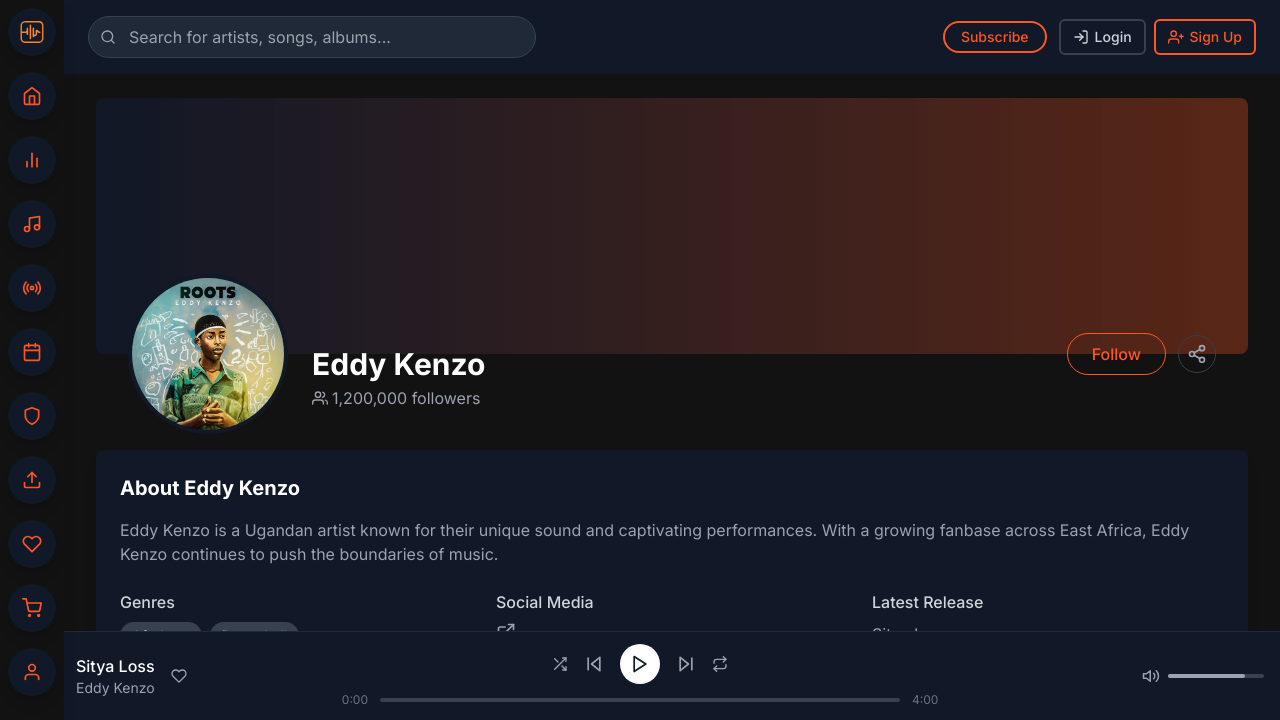
Repository: kaizoku010/sauti-box
Page: /artists/1
An editor plug-in stored every save of this project. The page is shown before and after the next save, followed by the edit.
The browser window is 1280 px wide. The pictures show the whole page.
An inner scrolling area shows only its first screen. The project was rebuilt for these pictures with package versions that can differ from the ones it lists, and the page was loaded fresh each time. The framework's server and built-in components were replaced by stand-ins that run in the browser. Also part of the build but not shown: next.config.mjs, next.config.ts, src/components/PaymentModal.tsx.

Above is the page before, as saved 2025-04-20 20:28:04.

After the next save:
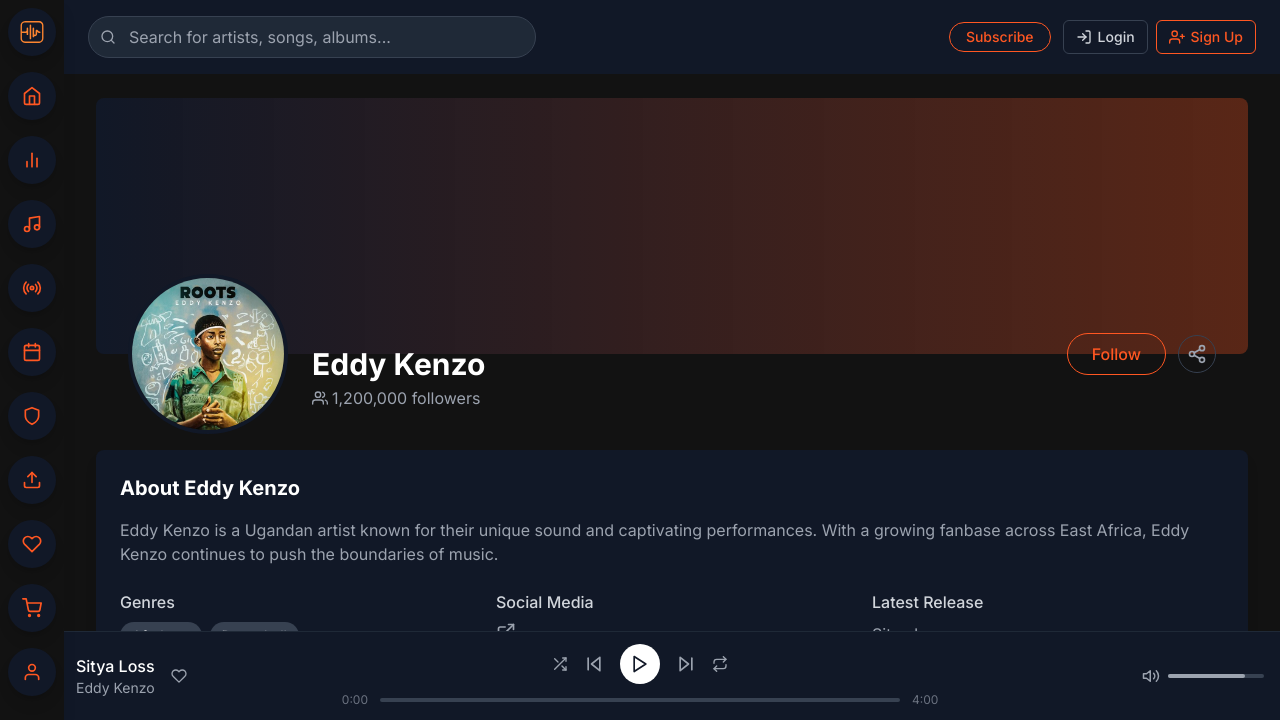
Saved 21 s later.
--- a/src/components/Header.tsx
+++ b/src/components/Header.tsx
@@ -22,7 +22,7 @@
       </div>
 
       <div className="flex items-center space-x-3">
-        <Link href="/subscribe" className="px-4 py-1 border-2 border-primary text-primary rounded-full text-sm font-medium hidden sm:block hover:bg-primary/10">
+        <Link href="/subscribe" className="px-4 py-1 border border-primary text-primary rounded-full text-sm font-medium hidden sm:block hover:bg-primary/10">
           Subscribe
         </Link>
 
@@ -31,7 +31,7 @@
             <Link href="/cart" className="relative p-2 rounded-full hover:bg-gray-700">
               <FiShoppingCart size={20} />
               {cartCount > 0 && (
-                <span className="absolute -top-1 -right-1 w-5 h-5 border-2 border-primary text-primary rounded-full text-xs flex items-center justify-center">
+                <span className="absolute -top-1 -right-1 w-5 h-5 border border-primary text-primary rounded-full text-xs flex items-center justify-center">
                   {cartCount}
                 </span>
               )}
@@ -52,7 +52,7 @@
         ) : (
           <div className="flex items-center space-x-2">
             <div className="dropdown dropdown-end">
-              <button className="px-3 py-1.5 border-2 border-gray-700 text-gray-300 hover:border-primary hover:text-primary rounded-md text-sm font-medium flex items-center">
+              <button className="px-3 py-1.5 border border-gray-700 text-gray-300 hover:border-primary hover:text-primary rounded-md text-sm font-medium flex items-center">
                 <FiLogIn className="mr-1.5" size={16} />
                 <span className="hidden sm:inline">Login</span>
               </button>
@@ -69,7 +69,7 @@
             </div>
 
             <div className="dropdown dropdown-end">
-              <button className="px-3 py-1.5 border-2 border-primary text-primary hover:bg-primary/10 rounded-md text-sm font-medium flex items-center">
+              <button className="px-3 py-1.5 border border-primary text-primary hover:bg-primary/10 rounded-md text-sm font-medium flex items-center">
                 <FiUserPlus className="mr-1.5" size={16} />
                 <span className="hidden sm:inline">Sign Up</span>
               </button>
